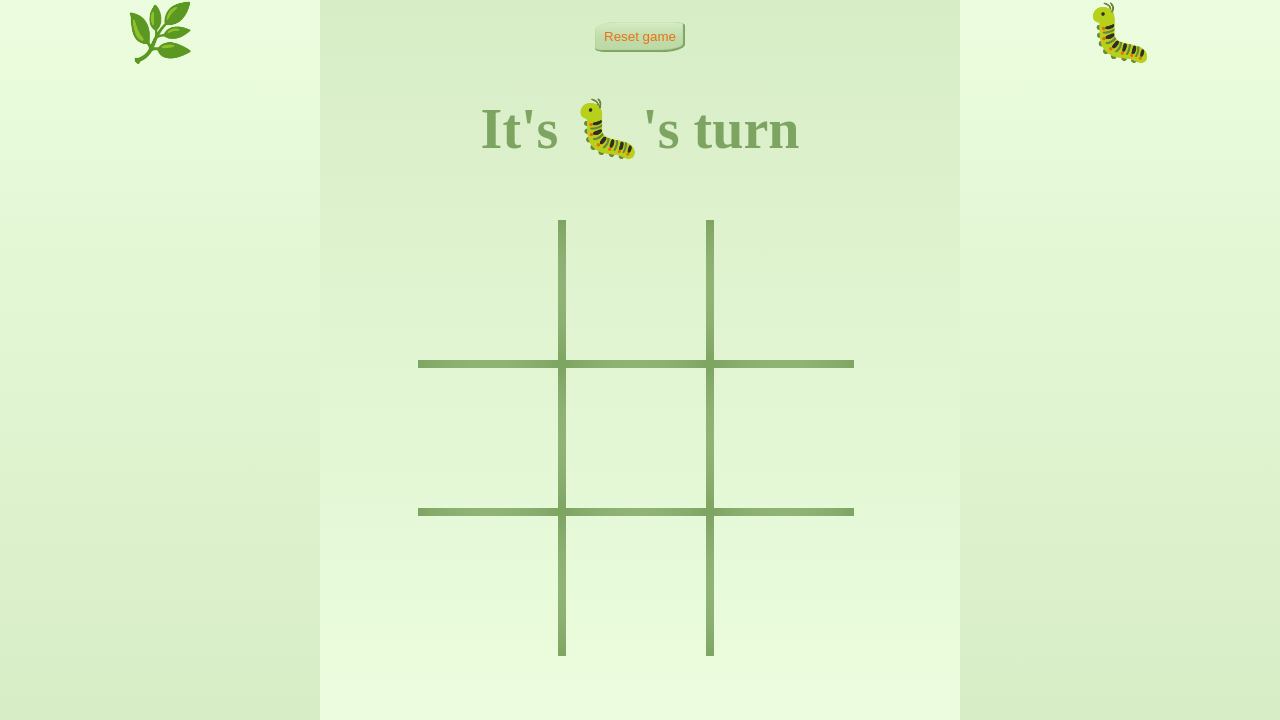
Repository: AsherSpurr/tic-tac-toe
Page: index.html
The author's editor kept a copy of each file at every save. The page is drawn from the files as they stood at one save, then again after the next save.
The browser window is 1280 px wide. The pictures show the whole page.
Some web fonts or font styles are not loaded; a fallback is used.

Above is the page before, as saved 2024-01-13 19:05:54.

After the next save:
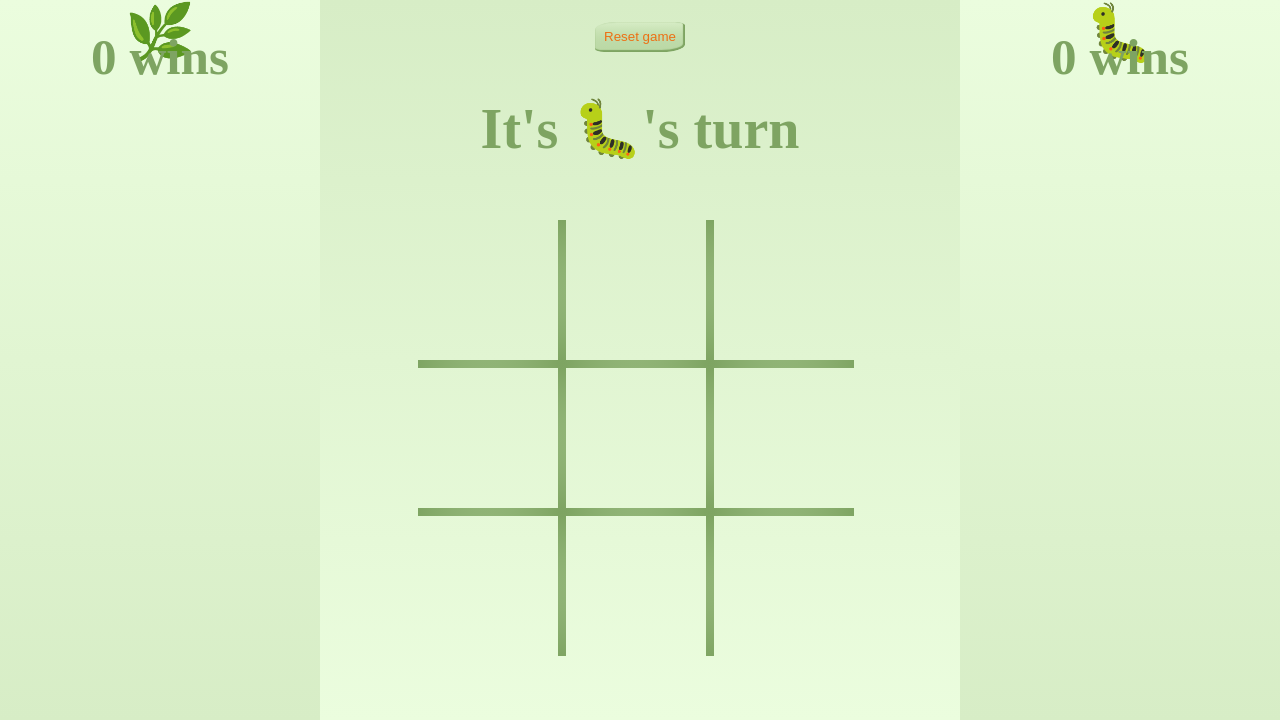
Saved 8 s later.
--- a/main.js
+++ b/main.js
@@ -34,7 +34,7 @@ var gameBoard = document.querySelector('.gameboard-container')
 var winsPlayer1 = document.getElementById('player1-wins')
 var winsPlayer2 = document.getElementById('player2-wins')
 
-window.addEventListener('load', )
+window.addEventListener('load', storeWinsLocally)
 
 gameBoard.addEventListener('click', (event) => {
     checkforPlay(event)
